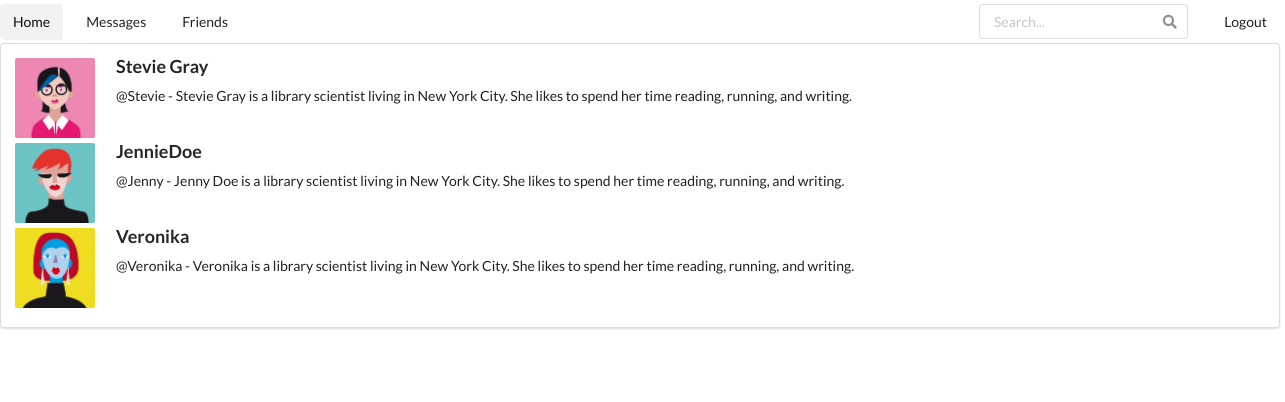
Repository: mystrader/angular4_appestudo
Page: / (app in twitter-app-devdec101/)
An editor plug-in stored every save of this project. The page is shown before and after the next save, followed by the edit.
The browser window is 1280 px wide. The page is 1285 px wide, so the pictures cover 1285 px, including what lies to the right of the window. The pictures show the whole page.
Some web libraries are served in a nearby version. The project was rebuilt for these pictures with package versions that can differ from the ones it lists, and the page was loaded fresh each time. Also part of the build but not shown: twitter-app-devdec101/angular.json.

Above is the page before, as saved 2018-06-18 01:36:43.

### twitter-app-devdec101/src/index.html
<!doctype html>
<html lang="en">
<head>
  <meta charset="utf-8">
  <title>TwitterAppDevdec101</title>
<link rel="stylesheet" href="https://cdn.jsdelivr.net/npm/semantic-ui@2.3.1/dist/semantic.min.css">

  <base href="/">

  <meta name="viewport" content="width=device-width, initial-scale=1">
  <link rel="icon" type="image/x-icon" href="favicon.ico">
</head>
<body>
  <app-root></app-root>


<script src="https://code.jquery.com/jquery-3.2.1.min.js" integrity="sha256-hwg4gsxgFZhOsEEamdOYGBf13FyQuiTwlAQgxVSNgt4="
  crossorigin="anonymous"></script>
<script src="https://cdn.jsdelivr.net/npm/semantic-ui@2.3.1/dist/semantic.min.js"></script>

</body>

</html>

### twitter-app-devdec101/src/app/app.module.ts
import { BrowserModule } from '@angular/platform-browser';
import { NgModule } from '@angular/core';

import { AppComponent } from './app.component';
import { MenuComponent } from './menu/menu.component';
import { FeedComponent } from './feed/feed.component';
import { TweetComponent } from './tweet/tweet.component';

@NgModule({
  declarations: [
    AppComponent,
    MenuComponent,
    FeedComponent,
    TweetComponent
  ],
  imports: [
    BrowserModule
  ],
  providers: [],
  bootstrap: [AppComponent]
})
export class AppModule { }

### twitter-app-devdec101/src/app/feed/feed.component.ts
import { Component, OnInit } from '@angular/core';

@Component({
  selector: 'app-feed',
  templateUrl: './feed.component.html',
  styleUrls: ['./feed.component.css']
})
export class FeedComponent implements OnInit {


  tweets = [
    {
      user: "Stevie",
      name: "Stevie Gray",
      body: "Stevie Gray is a library scientist living in New York City. She likes to spend her time reading, running, and writing.",
      avatar: "../assets/images/avatar/stevie.jpg"
    },
     {
      user: "Jenny",
      name: "JennieDoe",
      body: "Jenny Doe is a library scientist living in New York City. She likes to spend her time reading, running, and writing.",
      avatar: "../assets/images/avatar/jenny.jpg"
    },
     {
      user: "Veronika",
      name: "Veronika",
      body: "Veronika is a library scientist living in New York City. She likes to spend her time reading, running, and writing.",
      avatar: "../assets/images/avatar/veronika.jpg"
    }
  ];


  constructor() { }

  ngOnInit() {
  }

}

### twitter-app-devdec101/src/app/tweet/tweet.component.ts
import { Component, Input, OnInit  } from '@angular/core';

@Component({
  selector: 'app-tweet',
  templateUrl: './tweet.component.html',
  styleUrls: ['./tweet.component.css']
})
export class TweetComponent implements OnInit {


  @Input() tweet;

  constructor() { }

  ngOnInit() {
  }

}

### twitter-app-devdec101/src/app/app.component.html
<app-menu></app-menu>
<app-feed></app-feed>

### twitter-app-devdec101/src/app/menu/menu.component.html
<div class="ui secondary  menu">
  <a class="active item">
    Home
  </a>
  <a class="item">
    Messages
  </a>
  <a class="item">
    Friends
  </a>
  <div class="right menu">
    <div class="item">
      <div class="ui icon input">
        <input type="text" placeholder="Search...">
        <i class="search link icon"></i>
      </div>
    </div>
    <a class="ui item">
      Logout
    </a>
  </div>
</div>

### twitter-app-devdec101/src/app/feed/feed.component.html
<div class="ui segment">

<!-- Listagem de twittes-->
<div class="ui yellow message" *ngIf='!tweets'>
  <i class="star icon"></i>
  Não existe tweets
</div>

<app-tweet *ngFor='let currTweet of tweets' [tweet]='currTweet'></app-tweet>

</div>

### twitter-app-devdec101/src/app/tweet/tweet.component.html
<!-- Listagem de tweets -->
<div class="ui items">
  <div class="item" >
    <a class="ui tiny image">
      <img src="{{tweet.avatar}}">
    </a>
    <div class="content">
      <a class="header">{{tweet.name}}</a>
      <div class="description">
        <p>@{{tweet.user}} - {{tweet.body}}</p>
      </div>
    </div>
  </div>

</div>

### twitter-app-devdec101/src/app/tweet/tweet.component.css
.item{
    margin-bottom: 5px !important
}

Loaded but not shown: twitter-app-devdec101/src/styles.css (common file); twitter-app-devdec101/src/main.ts (common file); twitter-app-devdec101/src/environments/environment.ts (common file); twitter-app-devdec101/src/app/app.component.ts (common file); twitter-app-devdec101/src/app/menu/menu.component.ts (common file); twitter-app-devdec101/src/app/app.component.css (no stored copy; drawn as an empty file); twitter-app-devdec101/src/app/feed/feed.component.css (no stored copy; drawn as an empty file); twitter-app-devdec101/src/app/menu/menu.component.css (no stored copy; drawn as an empty file)

After the next save:
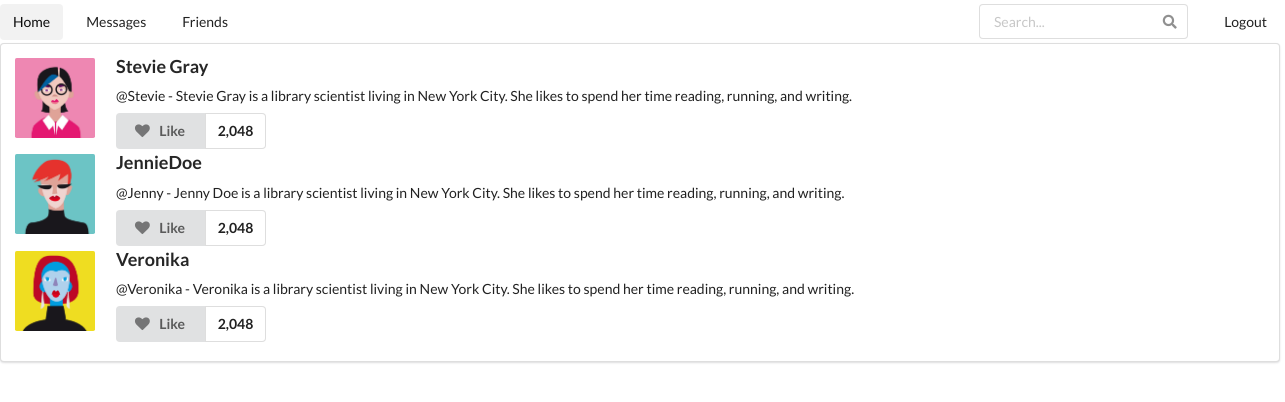
Saved 3 min 2 s later.
--- a/twitter-app-devdec101/src/app/tweet/tweet.component.html
+++ b/twitter-app-devdec101/src/app/tweet/tweet.component.html
@@ -8,6 +8,16 @@
       <a class="header">{{tweet.name}}</a>
       <div class="description">
         <p>@{{tweet.user}} - {{tweet.body}}</p>
+
+        <div class="ui labeled button" tabindex="0">
+          <div class="ui button">
+            <i class="heart icon"></i> Like
+          </div>
+          <a class="ui basic label">
+            2,048
+          </a>
+        </div>
+
       </div>
     </div>
   </div>
